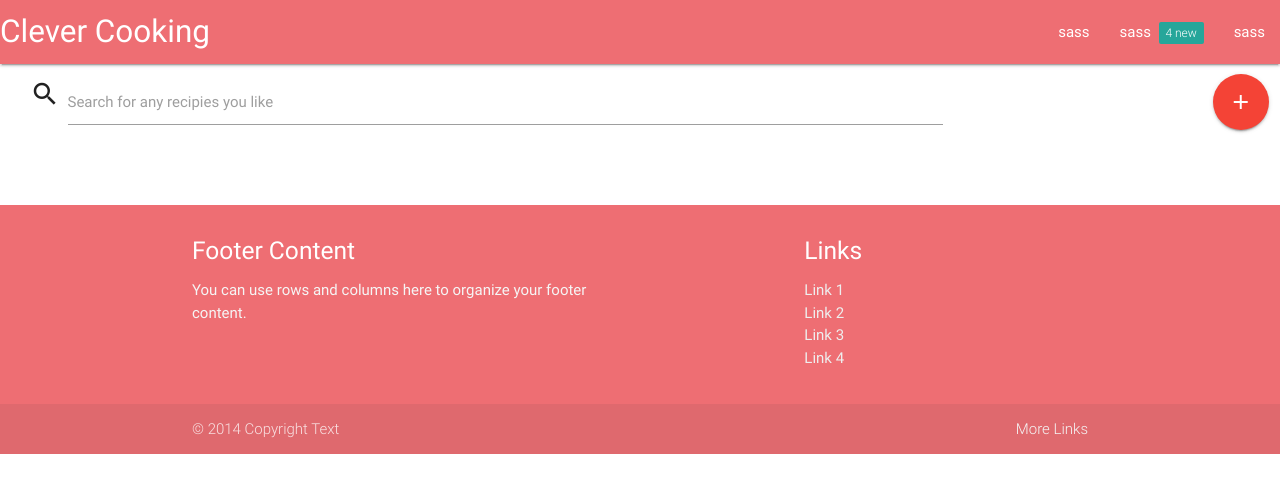
Repository: Code-Institute-Submissions/online-recipe-cookbook
Page: http://localhost/
The author's editor kept a record of every edit. The page is drawn from the files as they stood at one moment, then again after the next edit.
The browser window is 1280 px wide. The pictures show the whole page.
Some web libraries are served in a nearby version. The page is served by the project's application, run on Flask 3 (app.py). Queries for data that is not in the repository find no rows.

Above is the page before.

After the next edit:
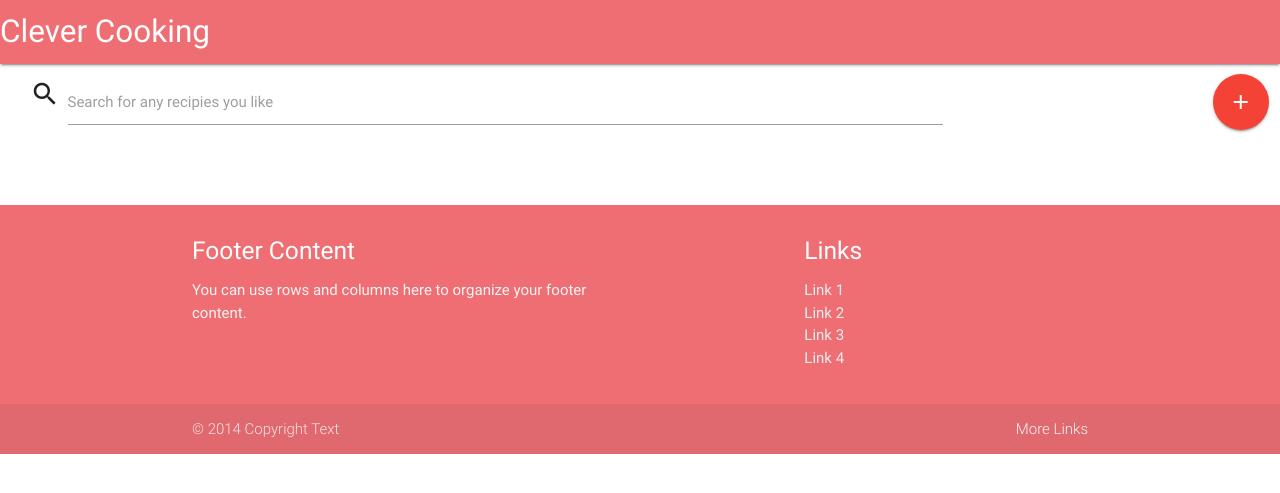
The edit:
--- a/templates/base.html
+++ b/templates/base.html
@@ -10,12 +10,8 @@
 <body>
     <header><nav>
   <div class="nav-wrapper">
-    <a href="" class="brand-logo">Clever Cooking</a>
-    <ul id="nav-mobile" class="right hide-on-med-and-down">
-      <li><a href="">sass</a></li>
-      <li><a href="">sass <span class="new badge">4</span></a></li>
-      <li><a href="">sass</a></li>
-    </ul>
+    <a href="{{url_for('get_top_recipes')}}" class="brand-logo">Clever Cooking</a>
+
   </div>
 </nav></header>
     {% block content %}
